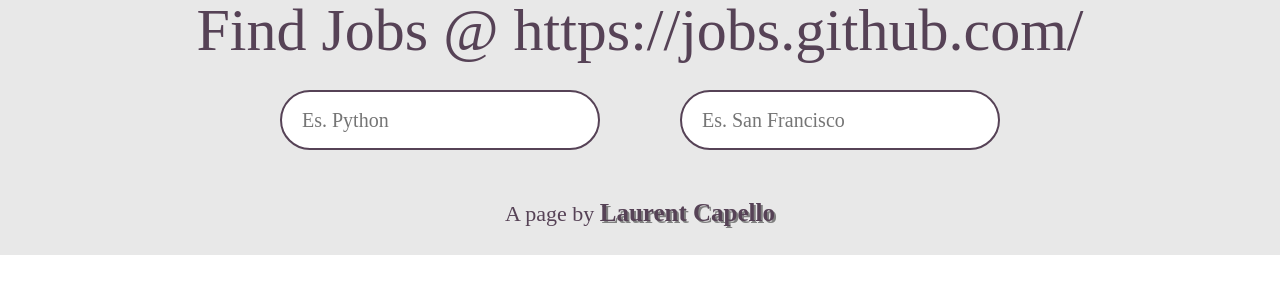
Repository: sokafootball/job-finder
Page: /
These files come from the project's save history. The page is drawn as it stood at one moment and after the next save; the edit follows.
The browser window is 1280 px wide. The pictures show the whole page.
The page's requests for data from a server got no answer. The project was rebuilt for these pictures with package versions that can differ from the ones it lists, and the page was loaded fresh each time. No one was signed in, and anything a server would have sent is missing. Also part of the build but not shown: src/components/JobCard/JobCard.css, src/components/JobCard/JobCard.js.

Above is the page before, as saved 2020-10-23 13:21:51.

### src/index.js
import 'bootstrap/dist/css/bootstrap.css';
import React from 'react';
import ReactDOM from 'react-dom';
import './index.css';
import App from './components/App/App';
import * as serviceWorker from './serviceWorker';

ReactDOM.render(
  <React.StrictMode>
    <App />
  </React.StrictMode>,
  document.getElementById('root')
);

// If you want your app to work offline and load faster, you can change
// unregister() to register() below. Note this comes with some pitfalls.
// Learn more about service workers: https://bit.ly/CRA-PWA
serviceWorker.unregister();

### src/index.css
body {
  margin: 0;
  font-family: -apple-system, BlinkMacSystemFont, 'Segoe UI', 'Roboto', 'Oxygen',
    'Ubuntu', 'Cantarell', 'Fira Sans', 'Droid Sans', 'Helvetica Neue',
    sans-serif;
  -webkit-font-smoothing: antialiased;
  -moz-osx-font-smoothing: grayscale;
}

code {
  font-family: source-code-pro, Menlo, Monaco, Consolas, 'Courier New',
    monospace;
}

/* http://meyerweb.com/eric/tools/css/reset/
   v2.0 | 20110126
   License: none (public domain)
*/

html, body, div, span, applet, object, iframe,
h1, h2, h3, h4, h5, h6, p, blockquote, pre,
a, abbr, acronym, address, big, cite, code,
del, dfn, em, img, ins, kbd, q, s, samp,
small, strike, strong, sub, sup, tt, var,
b, u, i, center,
dl, dt, dd, ol, ul, li,
fieldset, form, label, legend,
table, caption, tbody, tfoot, thead, tr, th, td,
article, aside, canvas, details, embed,
figure, figcaption, footer, header, hgroup,
menu, nav, output, ruby, section, summary,
time, mark, audio, video {
	margin: 0;
	padding: 0;
	border: 0;
	font-size: 100%;
	font: inherit;
	vertical-align: baseline;
}
/* HTML5 display-role reset for older browsers */
article, aside, details, figcaption, figure,
footer, header, hgroup, menu, nav, section {
	display: block;
}
body {
	line-height: 1;
}
ol, ul {
	list-style: none;
}
blockquote, q {
	quotes: none;
}
blockquote:before, blockquote:after,
q:before, q:after {
	content: '';
	content: none;
}
table {
	border-collapse: collapse;
	border-spacing: 0;
}

### src/components/App/App.js
import React from 'react';
import './App.css';
import Footer from "../Footer/Footer"
import Header from "../Header/Header"
import MainContent from "../MainContent/MainContent"
import Background from "../../background.jpg"

function App() {


  const style ={
    backgroundColor: "hsl(206, 29%, 66%)"
  }

  return (
    <div id="main-div">
      <Header />
      <MainContent />
      <Footer />
    </div>
  );
}

export default App;

### src/components/App/App.css
:root{
  --background-color: #E8E8E8;
  --cards-bg-color: white;
  --font-color: #564256;
  --border-color: #564256;
  --job-title-color: #fc814a;
  --card-element-gap: 10px;
}

.App {
  text-align: center;
}

.App-logo {
  height: 40vmin;
  pointer-events: none;
}

@media (prefers-reduced-motion: no-preference) {
  .App-logo {
    animation: App-logo-spin infinite 20s linear;
  }
}

.App-header {
  min-height: 100vh;
  display: flex;
  flex-direction: column;
  align-items: center;
  justify-content: center;
  font-size: calc(10px + 2vmin);
  color: white;
}

.App-link {
  color: #61dafb;
}

@keyframes App-logo-spin {
  from {
    transform: rotate(0deg);
  }
  to {
    transform: rotate(360deg);
  }
}

#main-div{
  background-color: var(--background-color);
  align-items: center;
  display: flex;
  flex-direction: column;
  color: var(--font-color);
}

### src/components/Footer/Footer.js
import React from 'react';
import './Footer.css';

function Footer(){
  return (
    <p id="footer">A page by <span id="signature">Laurent Capello</span></p>
  )
}

export default Footer

### src/components/Header/Header.js
import React from 'react';
import './Header.css';

function Header(){
  return (
      <p id="title">Find Jobs @ https://jobs.github.com/</p>
  )
}

export default Header

### src/components/MainContent/MainContent.js
import React, {useState, useEffect, useCallback} from 'react';
import _ from 'lodash';
import './MainContent.css';
import SearchForm from "../SearchForm/SearchForm"
import JobCard from "../JobCard/JobCard"

function MainContent(){
  const[jobCards, setJobCards] = useState([])
  const[data, setData] = useState([])
  const[userInput, setUserInput] = useState({
    description: "",
    location: "",
    fullTime: true
  })

  const handleFormChange = e => {
    const {name, value, type, checked} = e.target
    type === "checkbox"
      ? setUserInput({...userInput, [name]: checked})
      : setUserInput({...userInput,[name]: value})
  }

  const buildUrl = () => {
    let url = "https://jobs.github.com/positions.json?"
    url += userInput.description ? `&description=${userInput.description}` : ""
    url += userInput.location ? `&location=${userInput.location}` : ""
    url += userInput.fullTime ? `&full_time=${userInput.fullTime}` : ""
    return url
    }

  const getData = url => {
    fetch(url)
    .then(response => response.json())
    .then(data => setData(data))
  }

  const debouncedGetData = useCallback(_.debounce(getData, 1500,{leading: true}),[])

  useEffect(() => {
    const url = buildUrl()
    debouncedGetData(url)
  // eslint-disable-next-line react-hooks/exhaustive-deps
  }, [userInput])

  useEffect(() => {
    let cards = []
    if(data.length !== 0) {
      cards = data.map(job => {
        return <JobCard
          key={job.id}
          date={job.created_at}
          logo={job.company_logo}
          company={job.company}
          location={job.location}
          type={job.type}
          title={job.title}
          url={job.url}
          description={job.description}
        />
     })
    }
    setJobCards(cards)
  // eslint-disable-next-line react-hooks/exhaustive-deps
  }, [data])

    return (
      <div id="main">
        <SearchForm
          handleFormChange={handleFormChange}
          userInput={userInput}
        />
        {jobCards}
      </div>
    )
}

export default MainContent

### src/components/Footer/Footer.css
#footer{
  font-size: 22px;
  margin: 20px 0px 30px 0px;
}

#signature{
  text-shadow: grey 2px 2px;
  font-size: 25px;
  font-weight: 800;
}

### src/components/Header/Header.css
#title{
  font-size: 60px;
}

### src/components/MainContent/MainContent.css
#main{
  align-items: center;
  display: flex;
  flex-direction: column;
  justify-content: space-between;
}

### src/components/SearchForm/SearchForm.js
import React from 'react';
import './SearchForm.css';

function SearchForm(props){
  return (
    <div id="form-container">
        <input
          className="input-text"
          name="description"
          type="text"
          onChange={e => props.handleFormChange(e)}
          placeholder="Es. Python"
          value={props.userInput.description}
        />
        <input
          className="input-text"
          name="location"
          type="text"
          onChange={e => props.handleFormChange(e)}
          placeholder="Es. San Francisco"
          value={props.userInput.location}
        />
    </div>
  )
}

export default SearchForm

### src/components/SearchForm/SearchForm.css
input{
  cursor: pointer;
}

.input-text {
  background-color: var(--cards-bg-color);
  border: 2px solid var(--border-color);
  border-radius: 30px;
  color: var(--font-color);
  font-size: 20px;
  height: 60px;
  outline: none;
  padding: 0px 20px;
  width: 40%;
}

#form-container{
  display: flex;
  justify-content: space-around;
  margin: 30px;
  width: 800px;
}

Loaded but not shown: public/index.html (common file); src/serviceWorker.js (common file)

After the next save:
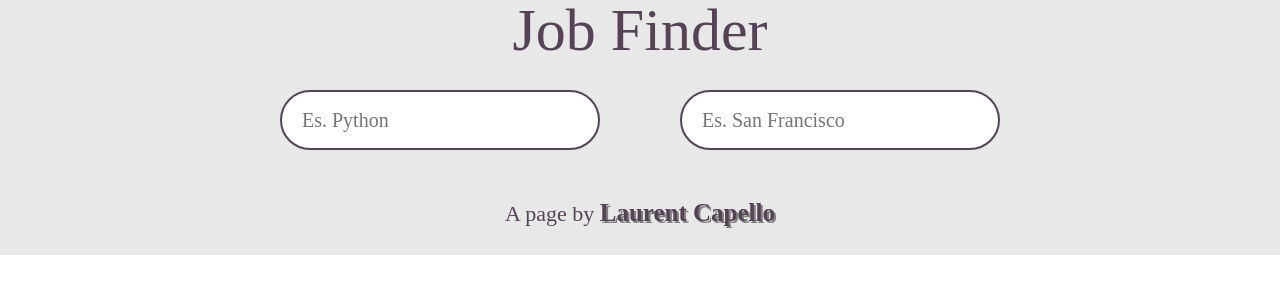
Saved 77 min 15 s later.
--- a/src/components/Header/Header.js
+++ b/src/components/Header/Header.js
@@ -3,7 +3,7 @@
 
 function Header(){
   return (
-      <p id="title">Find Jobs @ https://jobs.github.com/</p>
+      <p id="title">Job Finder</p>
   )
 }
 
